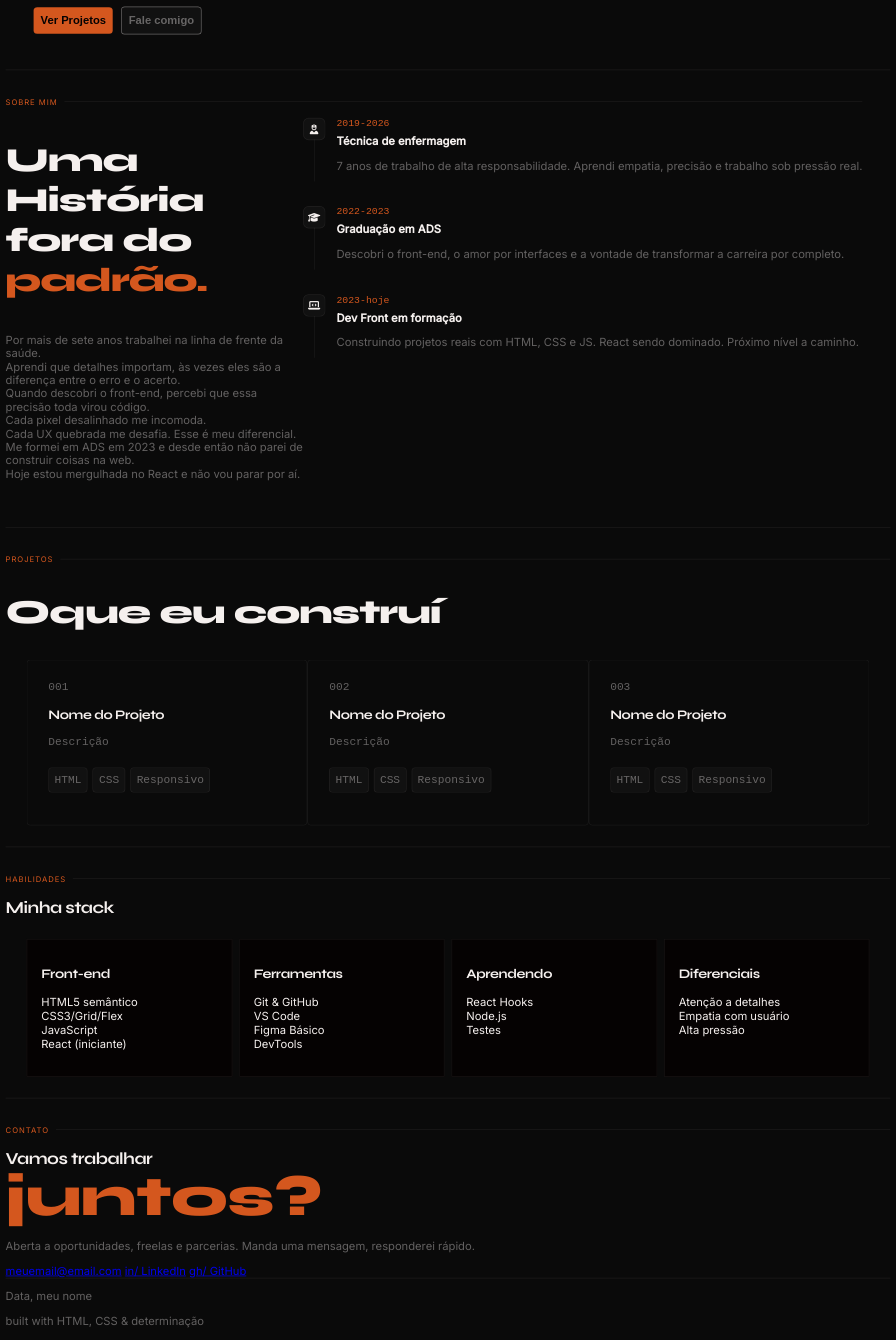
Repository: Bitroia/Portifolio
Page: index.html
An editor plug-in stored every save of this project. The page is shown before and after the next save, followed by the edit.
The browser window is 1280 px wide. The pictures show the part of the page from y = 716 to 2636 px (the page is 2630 px tall before and 2636 px after), at 70% of full size.
Some web fonts or font styles are not loaded; a fallback is used.

Above is the page before, as saved 2026-04-30 19:12:10.

After the next save:
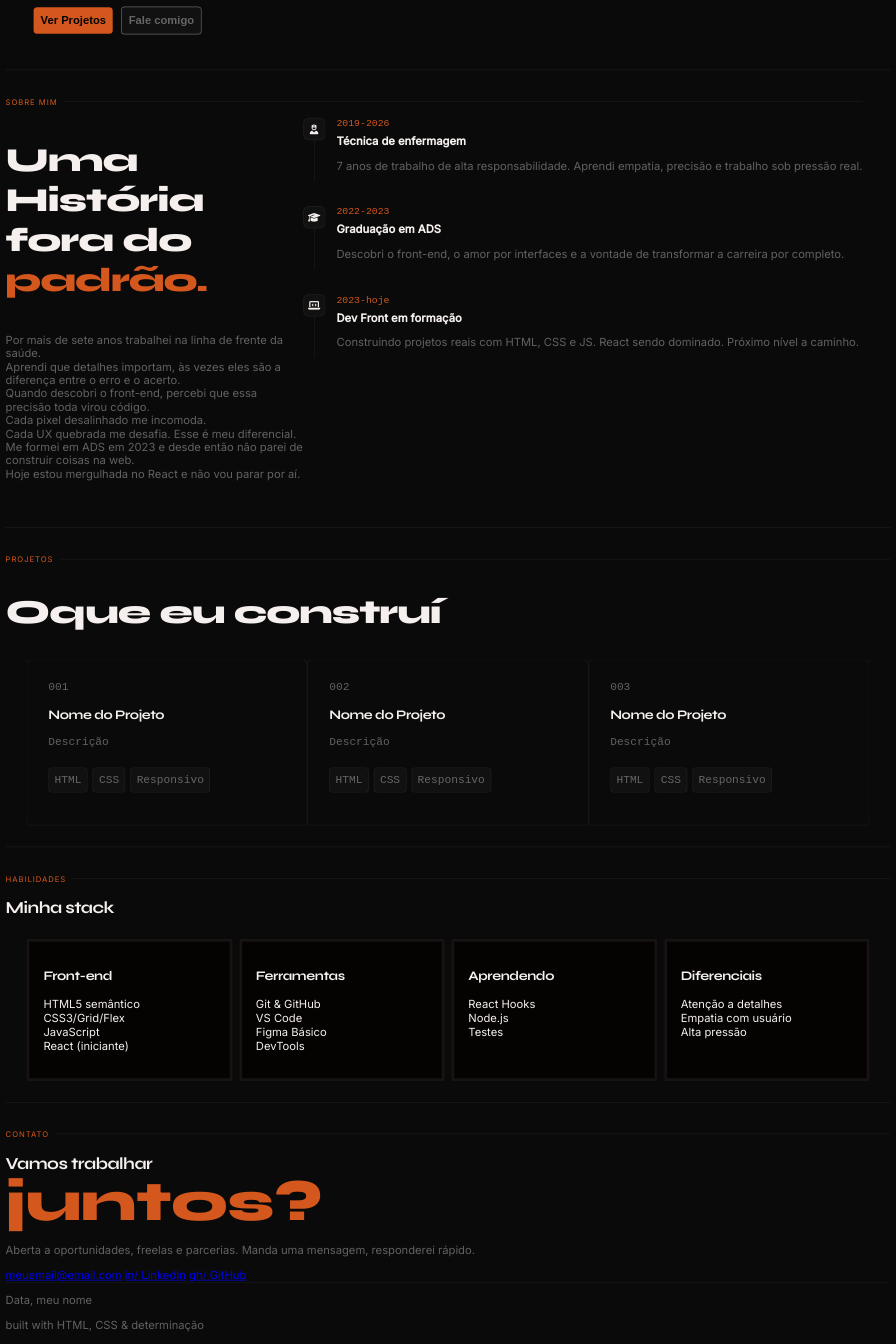
Saved 6 s later.
--- a/styles/style.css
+++ b/styles/style.css
@@ -468,7 +468,7 @@ background-color: var(--border);
 }
 
 .stack-card{
-  border: 1px solid var(--border);
+  border: 4px solid var(--border);
   padding: 20px;
   width: 50%;
   background-color: #050202;
